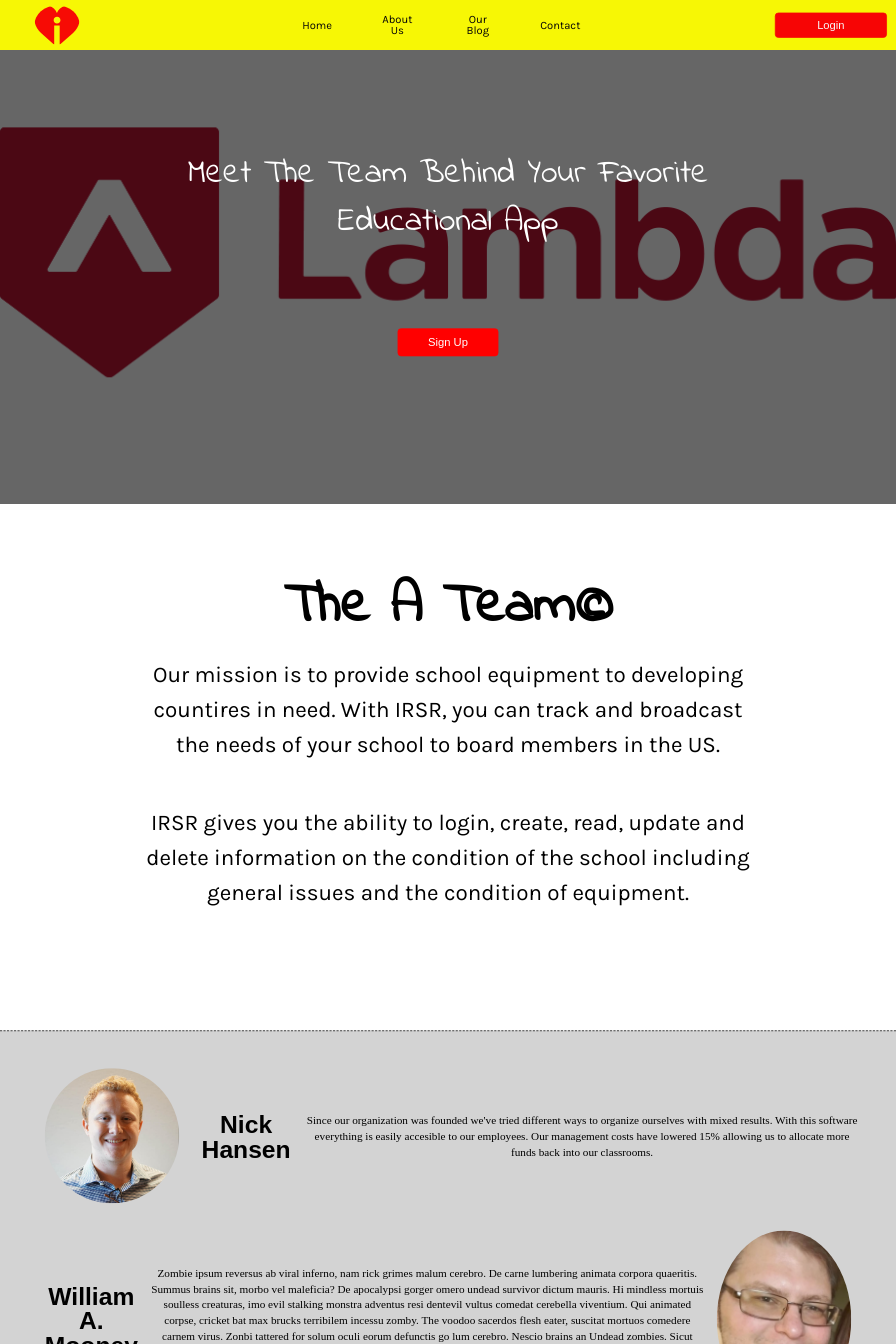
Repository: internationalrural-school-report/maketing-page
Page: about-us.html
These files come from the project's save history. The page is drawn as it stood at one moment and after the next save; the edit follows.
The browser window is 1280 px wide. The pictures show the part of the page from y = 0 to 1920 px (the page is 2715 px tall), at 70% of full size.
Backgrounds fixed to the window are drawn as part of the page.

Above is the page before, as saved 2019-08-29 14:55:57.

After the next save:
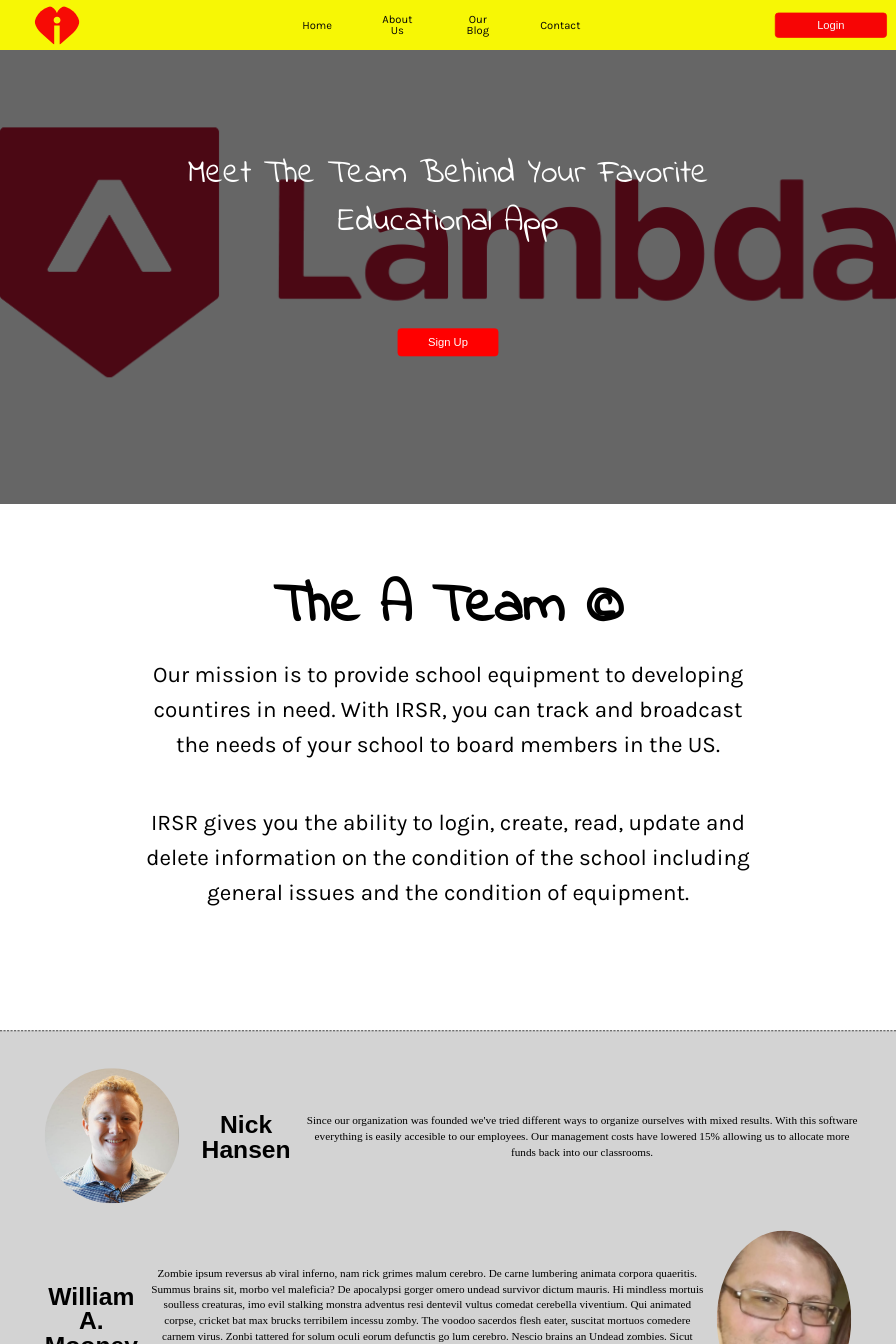
Saved 6 s later.
--- a/about-us.html
+++ b/about-us.html
@@ -70,7 +70,7 @@
 
     <section class="mission-container">
       <div class="mission-txt">
-        <h1>The A Team©</h1>
+        <h1>The A Team ©</h1>
         <p>Our mission is to provide school equipment to developing countires in need.
           With IRSR, you can track and broadcast the needs of your school to board members
           in the US.</p>
